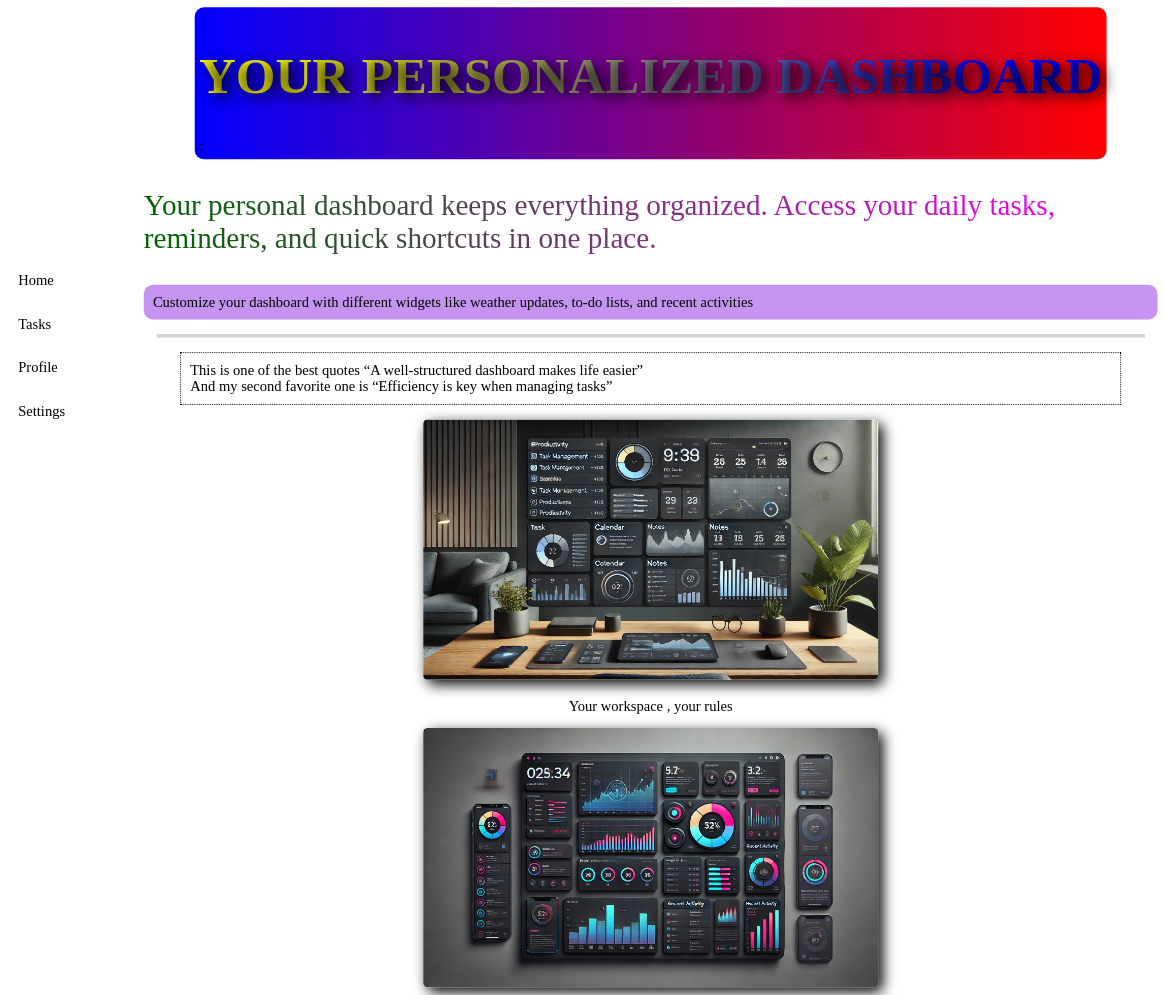
Repository: Parnicoza/testecomplete
Page: testcomplet-14.html
These files come from the project's save history. The page is drawn as it stood at one moment and after the next save; the edit follows.
The browser window is 1280 px wide. The pictures show the whole page, at 91% of full size.

Above is the page before, as saved 2025-02-24 19:15:42.

After the next save:
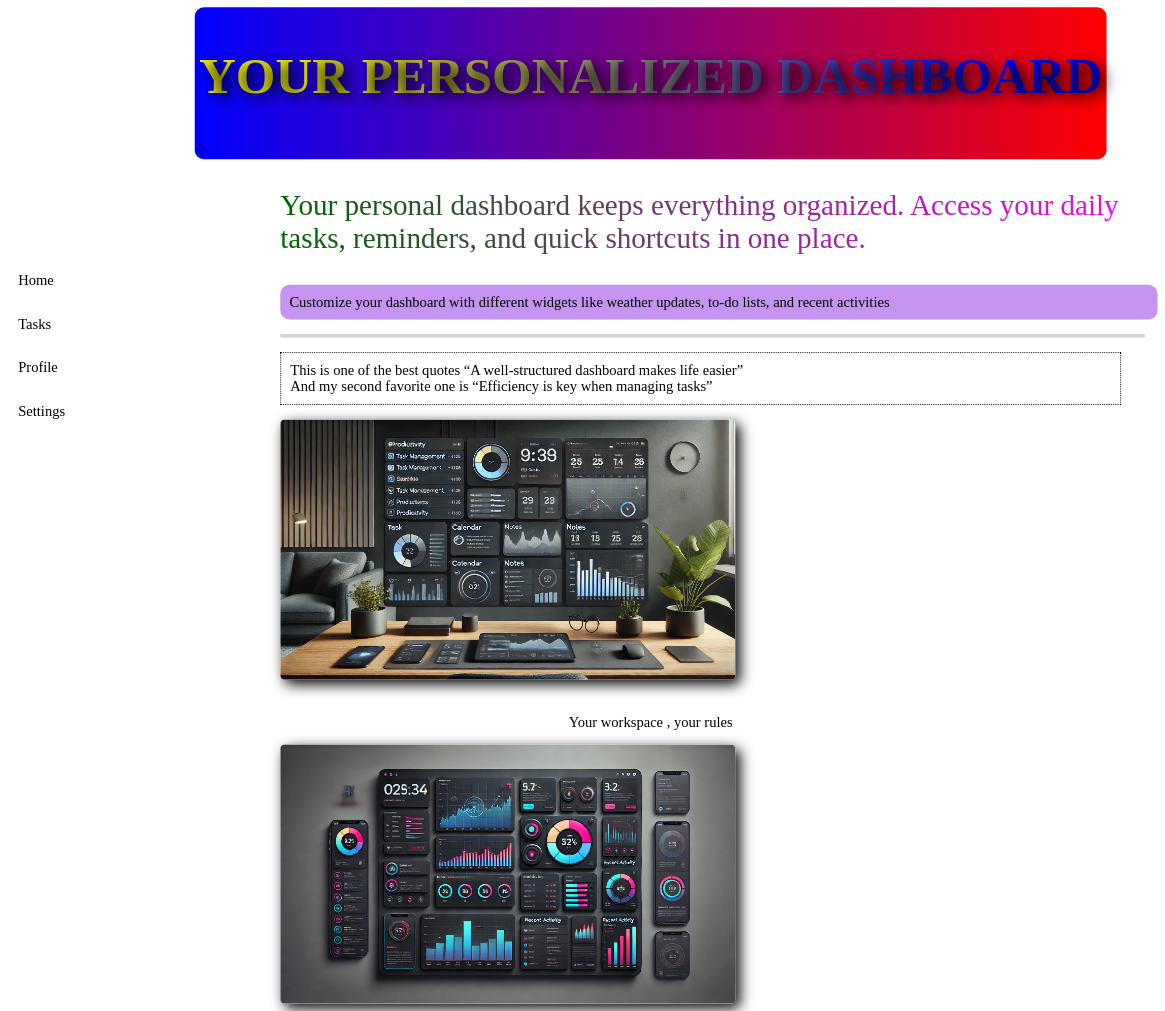
Saved 3 min 17 s later.
--- a/stilizaretestcomplet-14.css
+++ b/stilizaretestcomplet-14.css
@@ -21,6 +21,7 @@
     background-clip: text;
     color: transparent;
     font-size: 2em;
+    margin-left: 150px;
 }
 
 .semi-transparent-background{
@@ -28,11 +29,12 @@
     border-radius: 10px;
     padding: 10px;
     color: black;
-    margin-left: ;
+    margin-left: 150px;
 }
 .quote{
     border: 1px dotted black;
     padding: 10px;
+    margin-left: 150px;
 }
 
 .divider{
@@ -41,7 +43,7 @@
     background-color: lightgray;
     border: 3pz dotted black;
     margin: 14px;
-
+    margin-left: 150px;
 }
 
 .image{
@@ -49,6 +51,11 @@
     box-shadow: 5px 5px 15px black;
     display: block;
     margin: 0 auto;
+    margin-left: 150px;
+}
+
+.picture{
+    margin-left: 150px;
 }
 
 .caption{
